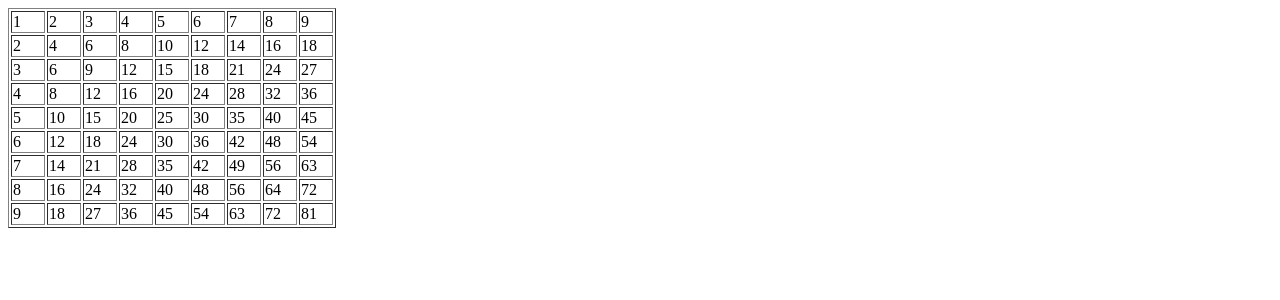
Repository: cshm225/jsplesson
Page: http://localhost/Fortune/nine.jsp
The author's editor kept a copy of each file at every save. The page is drawn from the files as they stood at one save, then again after the next save.
The browser window is 1280 px wide. The pictures show the whole page.
The page is served by Tomcat 9.

Above is the page before, as saved 2022-05-23 05:01:33.

After the next save:
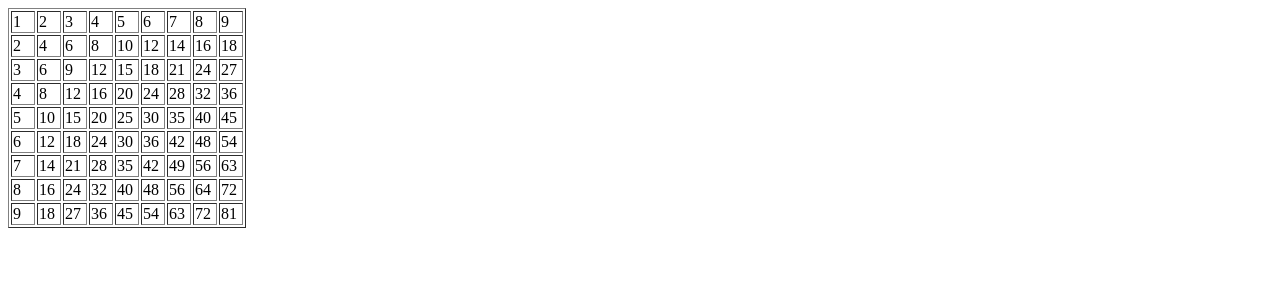
Saved 37 s later.
--- a/Fortune/WebContent/nine.jsp
+++ b/Fortune/WebContent/nine.jsp
@@ -15,7 +15,7 @@
 			<%
 			for (int j = 1; j < 10; j++) {
 			%>
-			<td width=30px>
+			<td width=20px>
 				<%
 				out.print(i * j);
 				%>
